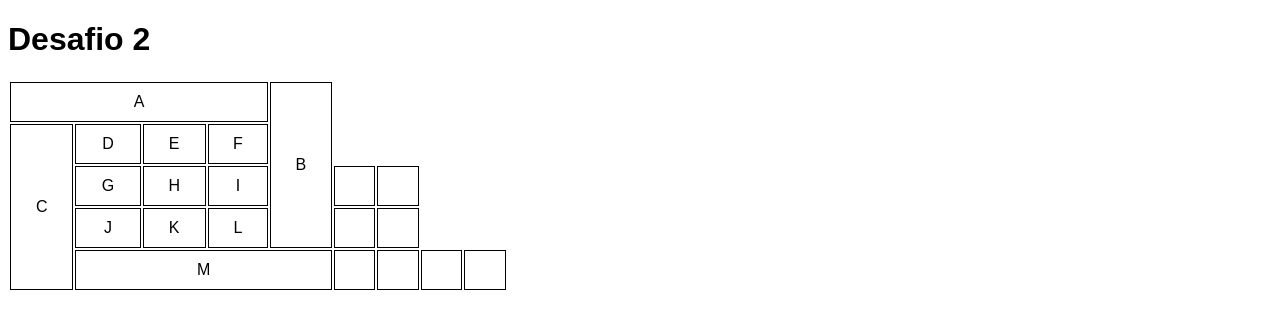
Repository: railsondev/html-css
Page: Módulo3/Desafio/D03 - tabela 1/tabela1.html
An editor plug-in stored every save of this project. The page is shown before and after the next save, followed by the edit.
The browser window is 1280 px wide. The pictures show the whole page.

Above is the page before, as saved 2024-10-19 22:22:48.

After the next save:
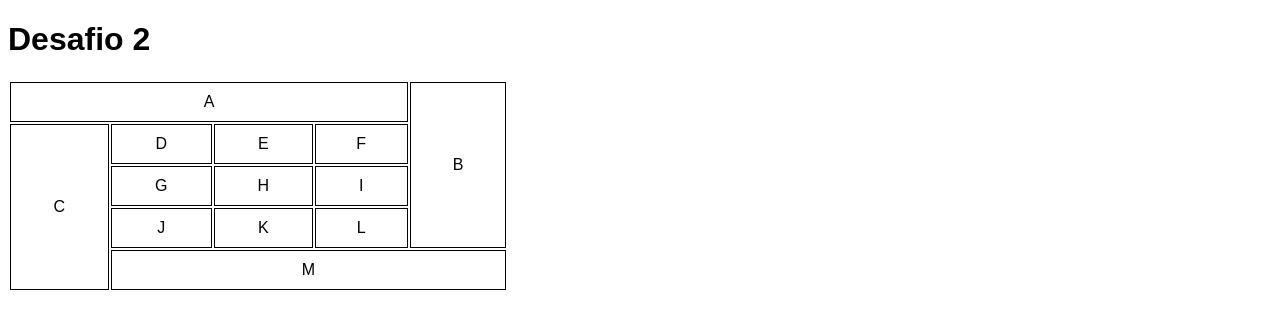
Saved 20 s later.
--- a/Módulo3/Desafio/D03 - tabela 1/tabela1.html
+++ b/Módulo3/Desafio/D03 - tabela 1/tabela1.html
@@ -23,22 +23,14 @@
       <td>G</td>
       <td>H</td>
       <td>I</td>
-      <td></td>
-      <td></td>
     </tr>
     <tr>
       <td>J</td>
       <td>K</td>
       <td>L</td>
-      <td></td>
-      <td></td>
     </tr>
     <tr>
       <td colspan="4">M</td>
-      <td></td>
-      <td></td>
-      <td></td>
-      <td></td>
     </tr>
   </table>
 </body>
